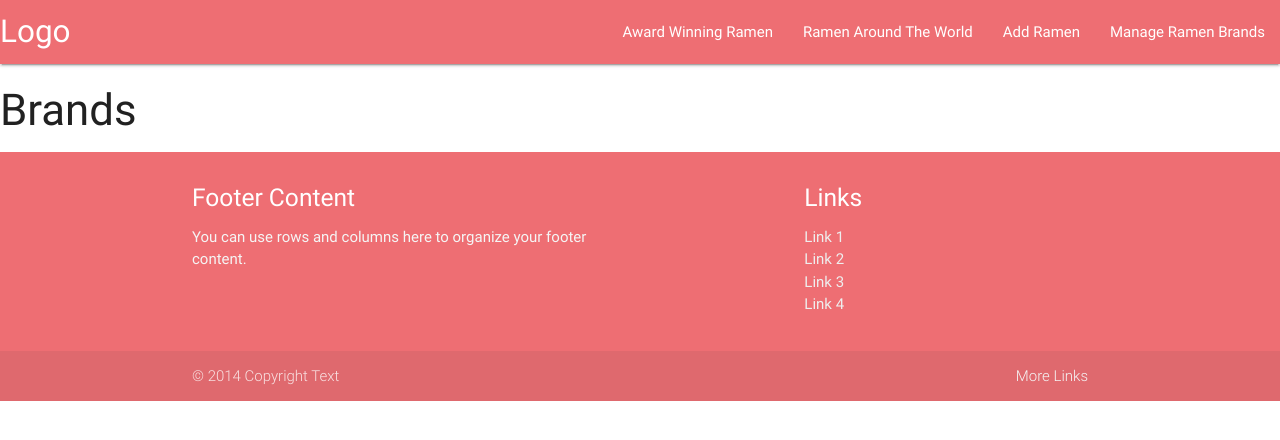
Repository: Paddlepop25/codeinstitute-insta-ramen
Page: templates/brands.html
The author's editor kept a record of every edit. The page is drawn from the files as they stood at one moment, then again after a run of edits.
The browser window is 1280 px wide. The pictures show the whole page.
Some web libraries are served in a nearby version. The page is served by the project's application, run on Flask 3 (app.py). The template is opened directly, without the code that normally fills it, so the values that code supplies are empty.

Above is the page before.

### templates/brands.html
{% extends 'index.html'%}
{% block content %}

<h3>Brands</h3>

{% for brand in Brand %}
<div>
    <strong>{{brand.Brand}}</strong>
</div>

<!--<a href="{{url_for('edit_category', category_id=category._id)}}" class="waves-effect waves-light btn btn_small">Edit Country</a>-->
<!--<a href="{{url_for('delete_category', category_id=category._id)}}" class="waves-effect waves-light btn btn_small blue">Delete Country</a> -->

{% endfor %}

<!--<div class="row">-->
<!--    <a href="{{url_for('add_category')}}" class="waves-effect waves-light btn">-->
<!--    <i class="material-icons right">playlist_add</i>Add Country-->
<!--  </a>-->
<!--</div>-->

{% endblock %}

### templates/index.html
<!DOCTYPE html>
<html>

<head>
  <link href="https://fonts.googleapis.com/icon?family=Material+Icons" rel="stylesheet">
  <link rel="stylesheet" href="https://cdnjs.cloudflare.com/ajax/libs/materialize/0.100.2/css/materialize.min.css">
</head>

<body>
  <header>
    <nav>
      <div class="nav-wrapper">
        <a href="{{url_for('home_page')}}" class="brand-logo">Logo</a>
        <ul id="nav-mobile" class="right hide-on-med-and-down">
          <li><a href="{{url_for('award_winning')}}">Award Winning Ramen</a></li>
          <li><a href="{{url_for('get_ramen')}}">Ramen Around The World</a></li>
          <li><a href="{{url_for('add_ramen')}}">Add Ramen</a></li>
          <li><a href="{{url_for('add_brands')}}">Manage Ramen Brands</a></li>
        </ul>
      </div>
    </nav>
  </header>
  {% block content %} {% endblock %}
  <footer class="page-footer">
          <div class="container">
            <div class="row">
              <div class="col l6 s12">
                <h5 class="white-text">Footer Content</h5>
                <p class="grey-text text-lighten-4">You can use rows and columns here to organize your footer content.</p>
              </div>
              <div class="col l4 offset-l2 s12">
                <h5 class="white-text">Links</h5>
                <ul>
                  <li><a class="grey-text text-lighten-3" href="#!">Link 1</a></li>
                  <li><a class="grey-text text-lighten-3" href="#!">Link 2</a></li>
                  <li><a class="grey-text text-lighten-3" href="#!">Link 3</a></li>
                  <li><a class="grey-text text-lighten-3" href="#!">Link 4</a></li>
                </ul>
              </div>
            </div>
          </div>
          <div class="footer-copyright">
            <div class="container">
            © 2014 Copyright Text
            <a class="grey-text text-lighten-4 right" href="#!">More Links</a>
            </div>
          </div>
        </footer>
  <script src="https://cdnjs.cloudflare.com/ajax/libs/jquery/3.2.1/jquery.min.js"></script>
  <script src="https://cdnjs.cloudflare.com/ajax/libs/materialize/0.100.2/js/materialize.min.js"></script>
  <!--<script type="text/javascript" src="./static/scripts/app.js"></script>-->
  <script type="text/javascript">
  $(document).ready(function(){
    $('select').material_select();
  });
  </script>
</body>

</html>

### app.py
import os
from flask import Flask, render_template, redirect, request, url_for
from flask_pymongo import PyMongo
from bson.objectid import ObjectId

app = Flask(__name__)

app.config['MONGO_DBNAME'] = 'ramen_database'
app.config["MONGO_URI"] = 'mongodb+srv://root:r00tUser@cluster0-mg1xb.mongodb.net/ramen_database?retryWrites=true&w=majority'

ramen = PyMongo(app)

@app.route('/')
@app.route('/home_page')
def home_page():
    return render_template('index.html')

@app.route('/award_winning')
def award_winning():
    return render_template('award_winning.html')

@app.route('/get_ramen')
def get_ramen():
    selections=ramen.db.selections.find()
    return render_template('ramen.html', selections=selections)

@app.route('/add_ramen')
def add_ramen():
    return render_template('add_ramen.html', countries=ramen.db.countries.find())

@app.route('/insert_ramen', methods=['POST'])
def insert_ramen():
    new_ramen = ramen.db.selections
    new_ramen.insert_one(request.form.to_dict())
    return redirect(url_for('get_ramen'))

@app.route('/edit_ramen/<ramen_id>')
def edit_ramen(ramen_id):
    edit_ramen = ramen.db.selections.find_one({"_id": ObjectId(ramen_id)})
    countries = ramen.db.countries.find()
    all_brands = ramen.db.brands.find()
    return render_template('edit_ramen.html', ramen=edit_ramen,
                          brands=all_brands, countries=countries)

@app.route('/update_ramen/<ramen_id>', methods=["POST"])
def update_ramen(ramen_id):
    the_ramen = ramen.db.selections
    the_ramen.update( {'_id': ObjectId(ramen_id)},
    {
        'Review':request.form.get('Review'),
        'Brand': request.form.get('Brand'),
        'Flavour':request.form.get('Flavour'),
        'Style': request.form.get('Style'),
        'Country':request.form.get('Country'),
        'Stars':request.form.get('Stars')
    })
    return redirect(url_for('get_ramen'))

@app.route('/delete_ramen/<ramen_id>')
def delete_ramen(ramen_id):
    ramen.db.selections.remove({'_id': ObjectId(ramen_id)})
    return redirect(url_for('get_ramen'))

@app.route('/add_brands')
def add_brands():
    return render_template('add_brands.html')

if __name__ == '__main__':
    app.run(host=os.environ.get('IP'),
            port=int(os.environ.get('PORT')),
            debug=True)

After the next 2 edits:
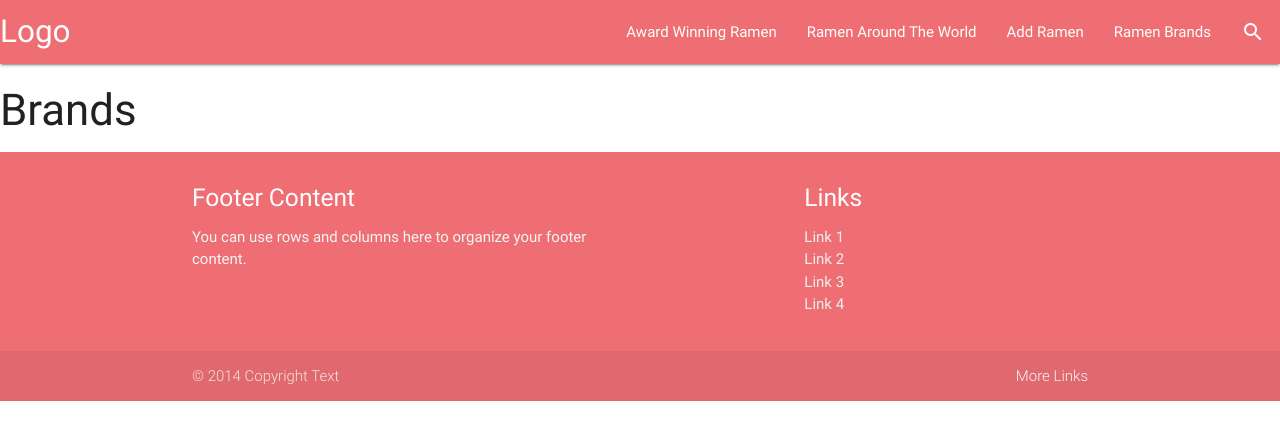
The 2 edits are shown as one change because 1 did not build or start.
The edit:
--- a/templates/brands.html
+++ b/templates/brands.html
@@ -8,15 +8,7 @@
     <strong>{{brand.Brand}}</strong>
 </div>
 
-<!--<a href="{{url_for('edit_category', category_id=category._id)}}" class="waves-effect waves-light btn btn_small">Edit Country</a>-->
-<!--<a href="{{url_for('delete_category', category_id=category._id)}}" class="waves-effect waves-light btn btn_small blue">Delete Country</a> -->
-
 {% endfor %}
 
-<!--<div class="row">-->
-<!--    <a href="{{url_for('add_category')}}" class="waves-effect waves-light btn">-->
-<!--    <i class="material-icons right">playlist_add</i>Add Country-->
-<!--  </a>-->
-<!--</div>-->
 
 {% endblock %}
--- a/templates/index.html
+++ b/templates/index.html
@@ -15,7 +15,8 @@
           <li><a href="{{url_for('award_winning')}}">Award Winning Ramen</a></li>
           <li><a href="{{url_for('get_ramen')}}">Ramen Around The World</a></li>
           <li><a href="{{url_for('add_ramen')}}">Add Ramen</a></li>
-          <li><a href="{{url_for('add_brands')}}">Manage Ramen Brands</a></li>
+          <li><a href="{{url_for('get_brands')}}">Ramen Brands</a></li>
+          <li><a href="sass.html"><i class="material-icons">search</i></a></li>
         </ul>
       </div>
     </nav>
